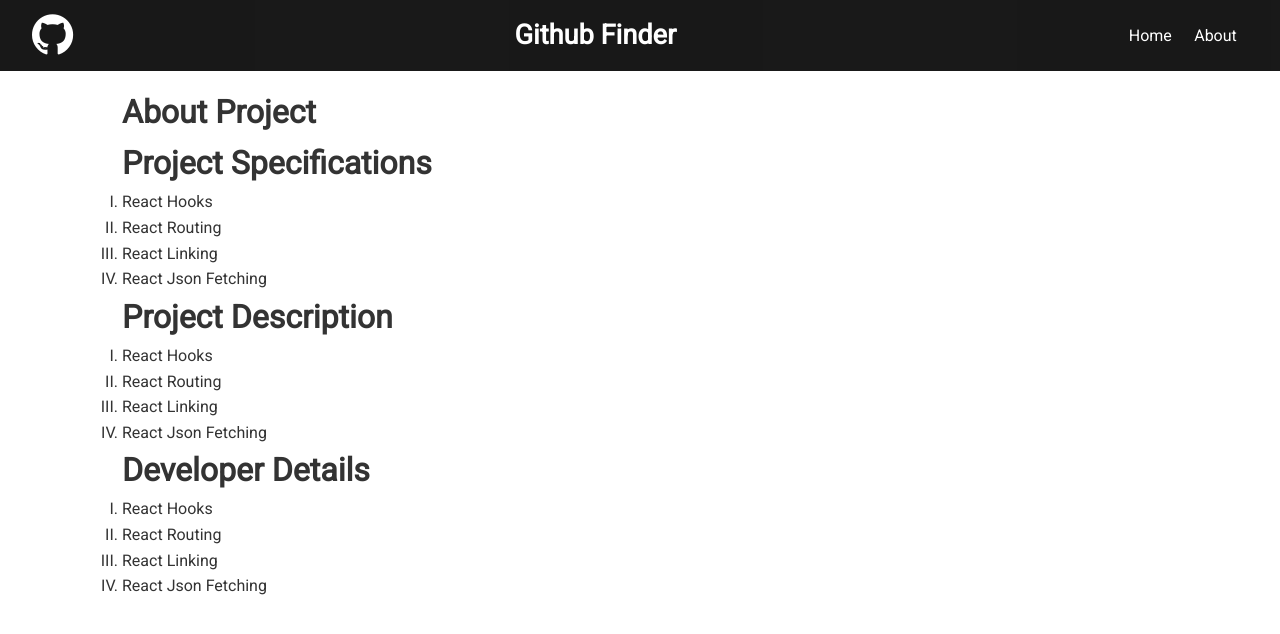
Repository: hemantsaini-7/ReactHooks-GitHub-Clone
Page: /about
The author's editor kept a copy of each file at every save. The page is drawn from the files as they stood at one save, then again after the next save.
The browser window is 1280 px wide. The pictures show the whole page.
The project was rebuilt for these pictures with package versions that can differ from the ones it lists, and the page was loaded fresh each time. Also part of the build but not shown: src/components/users/UserItem.js, src/components/layout/Spinner.js, src/components/users/Users.js, src/components/repos/RepoItem.js, src/components/repos/Repos.js, src/components/users/User.js, src/components/users/Search.js, src/components/layout/Alert.js.

Above is the page before, as saved 2020-08-06 10:02:51.

### public/index.html
<!DOCTYPE html>
<html lang="en">
  <head>
    <meta charset="utf-8" />
    <link rel="icon" href="%PUBLIC_URL%/favicon.ico" />
    <meta name="viewport" content="width=device-width, initial-scale=1" />
    <meta name="theme-color" content="#000000" />
    <meta
      name="description"
      content="Web site created using create-react-app"
    />
    <link rel="apple-touch-icon" href="%PUBLIC_URL%/logo192.png" />

    <link rel="manifest" href="%PUBLIC_URL%/manifest.json" />
    <link
      rel="stylesheet"
      href="https://stackpath.bootstrapcdn.com/font-awesome/4.7.0/css/font-awesome.min.css"
    />
    <title>React App</title>
  </head>
  <body>
    <noscript>You need to enable JavaScript to run this app.</noscript>
    <div id="root"></div>
  </body>
</html>

### src/App.js
import React, { Fragment, useState } from "react";
import "./App.css";
import { BrowserRouter as Router, Switch, Route } from "react-router-dom";
import Navbar from "./components/layout/Navbar";
import Users from "./components/users/Users";
import User from "./components/users/User";
import Search from "./components/users/Search";
import Alert from "./components/layout/Alert";
import About from "./components/pages/About";
import axios from "axios";
const App = () => {
  const [users, setUsers] = useState([]);
  const [user, setUser] = useState({});
  const [repos, setRepos] = useState([]);
  const [loading, setLoading] = useState(false);
  const [alert, setAlert] = useState(null);

  const searchUsers = async (text) => {
    //this.setState({ loading: true });
    setLoading(true);
    const res = await axios.get(
      `https://api.github.com/search/users?q=${text}&cliend_id=${process.env.REACT_APP_GITHUB_CLIENT_ID}&client_secret=${process.env.REACT_APP_GITHUB_CLIENT_SECRET}`
    );
    setUsers(res.data.items);
    setLoading(false);
  };

  const clearUsers = () => {
    setUsers([]);
    setLoading(false);
  };

  const showAlert = (msg, type) => {
    //this.setState({ alert: { msg, type } });
    setAlert({ msg, type });
    setTimeout(() => setAlert(null), 5000);
  };

  const getUser = async (username) => {
    setLoading(true);
    const res = await axios.get(
      `https://api.github.com/users/${username}?cliend_id=${process.env.REACT_APP_GITHUB_CLIENT_ID}&client_secret=${process.env.REACT_APP_GITHUB_CLIENT_SECRET}`
    );
    setUser(res.data);
    setLoading(false);
  };

  const getUserRepos = async (username) => {
    setLoading(true);
    const res = await axios.get(
      `https://api.github.com/users/${username}/repos?per_page=5&sort=created:asc&cliend_id=${process.env.REACT_APP_GITHUB_CLIENT_ID}&client_secret=${process.env.REACT_APP_GITHUB_CLIENT_SECRET}`
    );
    setRepos(res.data);
    setLoading(false);
  };

  return (
    <Router>
      <div className='App'>
        <Navbar title='Github Finder' />
        <div className='container'>
          <Alert alert={alert} />
          <Switch>
            <Route
              exact
              path='/'
              render={(props) => (
                <Fragment>
                  <Search
                    searchUsers={searchUsers}
                    clearUsers={clearUsers}
                    showClear={users.length > 0 ? true : false}
                    setAlert={showAlert}
                  />
                  <Users users={users} loading={loading} />
                </Fragment>
              )}
            />
            <Route exact path='/about' component={About} />
            <Route
              exact
              path='/user/:login'
              render={(props) => (
                <User
                  {...props}
                  getUser={getUser}
                  getUserRepos={getUserRepos}
                  repos={repos}
                  user={user}
                  loading={loading}
                />
              )}
            />
          </Switch>
        </div>
      </div>
    </Router>
  );
};

export default App;

### src/App.css
@import url("https://fonts.googleapis.com/css?family=Roboto");

/* Global Styles */
:root {
  --primary-color: #dc3545;
  --dark-color: #333333;
  --light-color: #f4f4f4;
  --danger-color: #dc3545;
  --success-color: #28a745;
}

* {
  box-sizing: border-box;
  margin: 0;
  padding: 0;
}

body {
  font-family: "Roboto", sans-serif;
  font-size: 1rem;
  line-height: 1.6;
  background-color: #fff;
  color: #333;
}

a {
  color: var(--primary-color);
  text-decoration: none;
}

a:hover {
  color: #666;
}

ul {
  list-style: none;
}

img {
  width: 100%;
}

/* Utilities */
.container {
  max-width: 1100px;
  margin: auto;
  overflow: hidden;
  padding: 0 2rem;
}

/* Text Styles*/
.x-large {
  font-size: 4rem;
  line-height: 1.2;
  margin-bottom: 1rem;
}

.large {
  font-size: 3rem;
  line-height: 1.2;
  margin-bottom: 1rem;
}

.lead {
  font-size: 1.5rem;
  margin-bottom: 1rem;
}

.text-center {
  text-align: center;
}

.text-primary {
  color: var(--primary-color);
}

.text-dark {
  color: var(--dark-color);
}

.text-success {
  color: var(--success-color);
}

.text-danger {
  color: var(--danger-color);
}

.text-center {
  text-align: center;
}

.text-right {
  text-align: right;
}

.text-left {
  text-align: left;
}

/* Center All */
.all-center {
  display: flex;
  flex-direction: column;
  width: 100%;
  margin: auto;
  justify-content: center;
  align-items: center;
  text-align: center;
}

/* Cards */
.card {
  padding: 1rem;
  border: #ccc 1px dotted;
  margin: 0.7rem 0;
}

/* List */
.list {
  margin: 0.5rem 0;
}

.list li {
  padding-bottom: 0.3rem;
}

/* Padding */
.p {
  padding: 0.5rem;
}
.p-1 {
  padding: 1rem;
}
.p-2 {
  padding: 2rem;
}
.p-3 {
  padding: 3rem;
}
.py {
  padding: 0.5rem 0;
}
.py-1 {
  padding: 1rem 0;
}
.py-2 {
  padding: 2rem 0;
}
.py-3 {
  padding: 3rem 0;
}

/* Margin */
.m {
  margin: 0.5rem;
}
.m-1 {
  margin: 1rem;
}
.m-2 {
  margin: 2rem;
}
.m-3 {
  margin: 3rem;
}
.my {
  margin: 0.5rem 0;
}
.my-1 {
  margin: 1rem 0;
}
.my-2 {
  margin: 2rem 0;
}
.my-3 {
  margin: 3rem 0;
}

/* Grid */
.grid-2 {
  display: grid;
  grid-template-columns: repeat(2, 1fr);
  grid-gap: 1rem;
}

.grid-3 {
  display: grid;
  grid-template-columns: repeat(3, 1fr);
  grid-gap: 1rem;
}

.grid-4 {
  display: grid;
  grid-template-columns: repeat(4, 1fr);
  grid-gap: 1rem;
}

.btn {
  display: inline-block;
  background: var(--light-color);
  color: #333;
  padding: 0.4rem 1.3rem;
  font-size: 1rem;
  border: none;
  cursor: pointer;
  margin-right: 0.5rem;
  transition: opacity 0.2s ease-in;
  outline: none;
}

.btn-link {
  background: none;
  padding: 0;
  margin: 0;
}

.btn-block {
  display: block;
  width: 100%;
}

.btn-sm {
  font-size: 0.8rem;
  padding: 0.3rem 1rem;
  margin-right: 0.2rem;
}

.badge {
  display: inline-block;
  font-size: 0.8rem;
  padding: 0.2rem 0.7rem;
  text-align: center;
  margin: 0.3rem;
  background: var(--light-color);
  color: #333;
  border-radius: 5px;
}

.alert {
  padding: 0.7rem;
  margin: 1rem 0;
  opacity: 0.9;
  background: var(--light-color);
  color: #333;
}

.btn-primary,
.bg-primary,
.badge-primary,
.alert-primary {
  background: var(--primary-color);
  color: #fff;
}

.btn-light,
.bg-light,
.badge-light,
.alert-light {
  background: var(--light-color);
  color: #333;
}

.btn-dark,
.bg-dark,
.badge-dark,
.alert-dark {
  background: var(--dark-color);
  color: #fff;
}

.btn-danger,
.bg-danger,
.badge-danger,
.alert-danger {
  background: var(--danger-color);
  color: #fff;
}

.btn-success,
.bg-success,
.badge-success,
.alert-success {
  background: var(--success-color);
  color: #fff;
}

.btn-white,
.bg-white,
.badge-white,
.alert-white {
  background: #fff;
  color: #333;
  border: #ccc solid 1px;
}

.btn:hover {
  opacity: 0.8;
}

.bg-light,
.badge-light {
  border: #ccc solid 1px;
}

.round-img {
  border-radius: 50%;
}

/* Forms */
input {
  margin: 1.2rem 0;
}

.form-text {
  display: block;
  margin-top: 0.3rem;
  color: #888;
}

input[type="text"],
input[type="email"],
input[type="password"],
input[type="date"],
select,
textarea {
  display: block;
  width: 100%;
  padding: 0.4rem;
  font-size: 1.2rem;
  border: 1px solid #ccc;
}

input[type="submit"],
button {
  font: inherit;
}

table th,
table td {
  padding: 1rem;
  text-align: left;
}

table th {
  background: var(--light-color);
}

/* Navbar */
.navbar {
  display: flex;
  justify-content: space-between;
  align-items: center;
  padding: 0.7rem 2rem;
  z-index: 1;
  width: 100%;
  opacity: 0.9;
  margin-bottom: 1rem;
}

.navbar ul {
  display: flex;
}

.navbar a {
  color: #fff;
  padding: 0.45rem;
  margin: 0 0.25rem;
}

.navbar a:hover {
  color: var(--light-color);
}

.navbar .welcome span {
  margin-right: 0.6rem;
}
.bg-black {
  background: #000;
  color: #fff;
}
.nav-head {
  font-size: 1.7rem;
  /* margin-left: 100px; */
}
.s-field {
  border-radius: 10px;
  box-shadow: inset 0px 0px 10px #ccc;
}
.s-field:focus {
  outline: none;
}
/* Mobile Styles */
@media (max-width: 700px) {
  .hide-sm {
    display: none;
  }

  .grid-2,
  .grid-3,
  .grid-4 {
    grid-template-columns: 1fr;
  }

  /* Text Styles */
  .x-large {
    font-size: 3rem;
  }

  .large {
    font-size: 2rem;
  }

  .lead {
    font-size: 1rem;
  }

  /* Navbar */
  .navbar {
    display: block;
    text-align: center;
  }

  .navbar ul {
    text-align: center;
    justify-content: center;
  }
}

### src/components/layout/Navbar.js
import React from "react";
import { Link } from "react-router-dom";
function Navbar(props) {
  return (
    <nav className='navbar bg-black '>
      <span>
        <i className='fa fa-github fa-3x'></i>
      </span>
      <h3 className='nav-head'>{props.title}</h3>
      <ul>
        <li>
          <Link to='/'>Home</Link>
        </li>
        <li>
          <Link to='/about'>About</Link>
        </li>
      </ul>
    </nav>
  );
}

export default Navbar;

### src/components/pages/About.js
import React from "react";

const About = () => {
  return (
    <div className='about-div'>
      <h1>About Project</h1>
      <div className='content-div'>
        <h1>Project Specifications</h1>
        <ol type='I'>
          <li>React Hooks</li>
          <li>React Routing</li>
          <li>React Linking</li>
          <li>React Json Fetching</li>
        </ol>
      </div>
      <div className='content-div'>
        <h1>Project Description</h1>
        <ol type='I'>
          <li>React Hooks</li>
          <li>React Routing</li>
          <li>React Linking</li>
          <li>React Json Fetching</li>
        </ol>
      </div>
      <div className='content-div'>
        <h1>Developer Details</h1>
        <ol type='I'>
          <li>React Hooks</li>
          <li>React Routing</li>
          <li>React Linking</li>
          <li>React Json Fetching</li>
        </ol>
      </div>
    </div>
  );
};
export default About;

Loaded but not shown: src/index.js (common file)

After the next save:
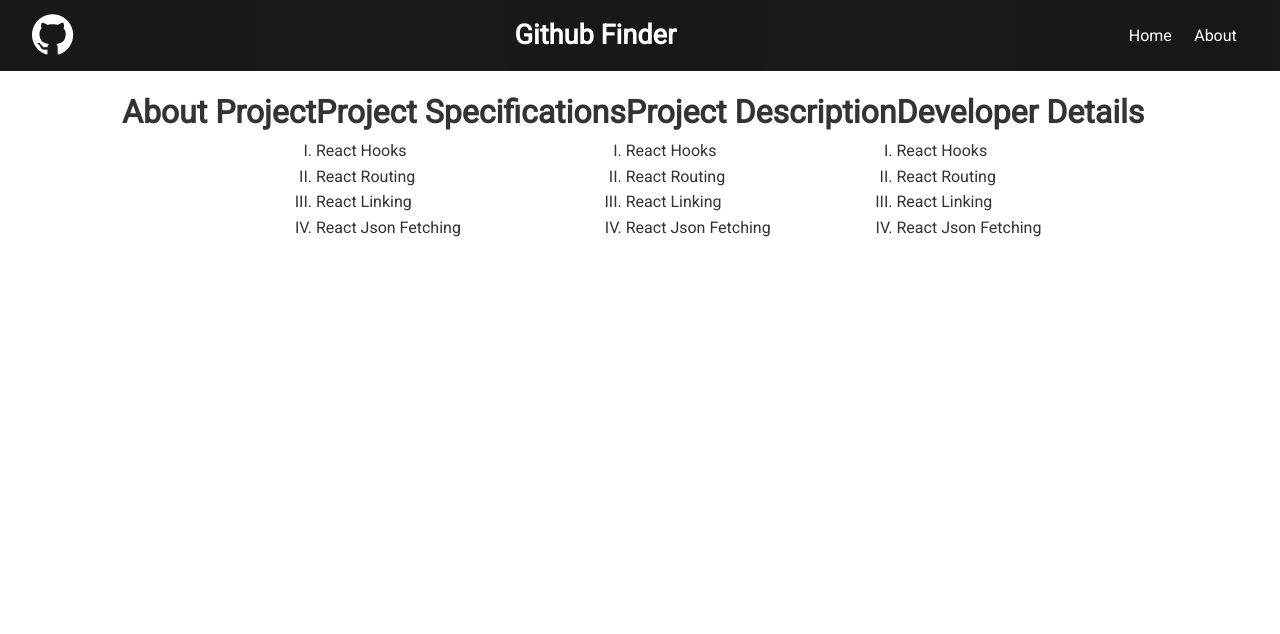
Saved 26 s later.
--- a/src/App.css
+++ b/src/App.css
@@ -390,6 +390,9 @@
 .s-field:focus {
   outline: none;
 }
+.about-div {
+  display: flex;
+}
 /* Mobile Styles */
 @media (max-width: 700px) {
   .hide-sm {

After the save that followed:
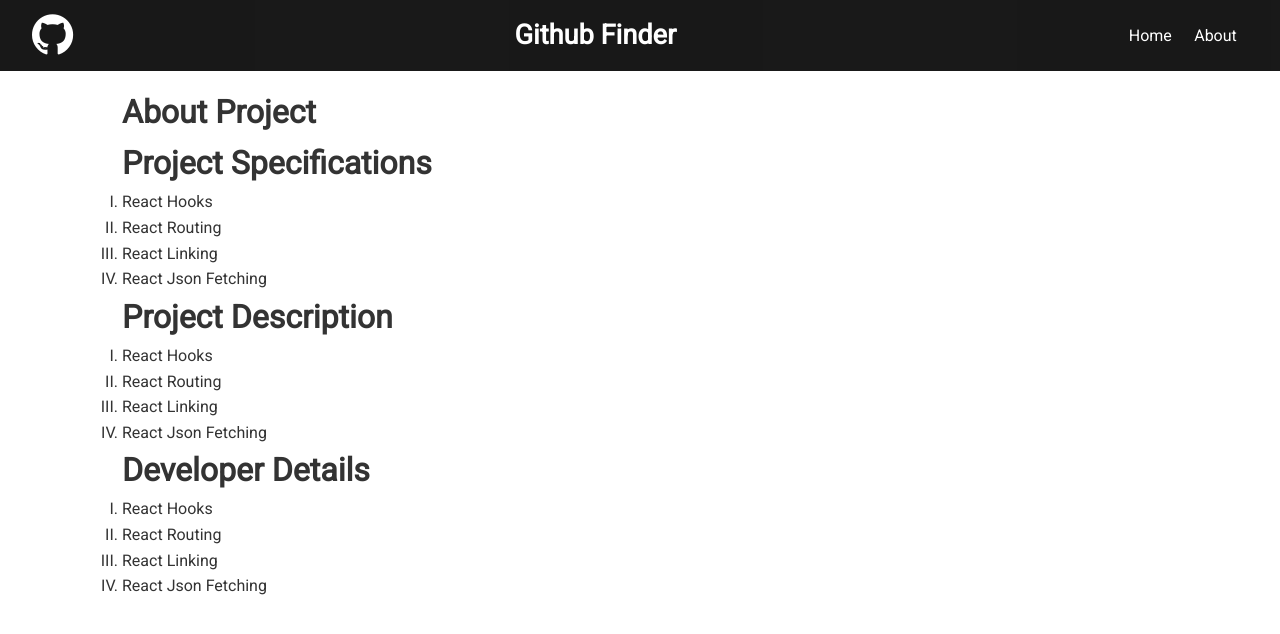
Saved 5 s later.
--- a/src/App.css
+++ b/src/App.css
@@ -392,6 +392,7 @@
 }
 .about-div {
   display: flex;
+  flex-direction: column;
 }
 /* Mobile Styles */
 @media (max-width: 700px) {
